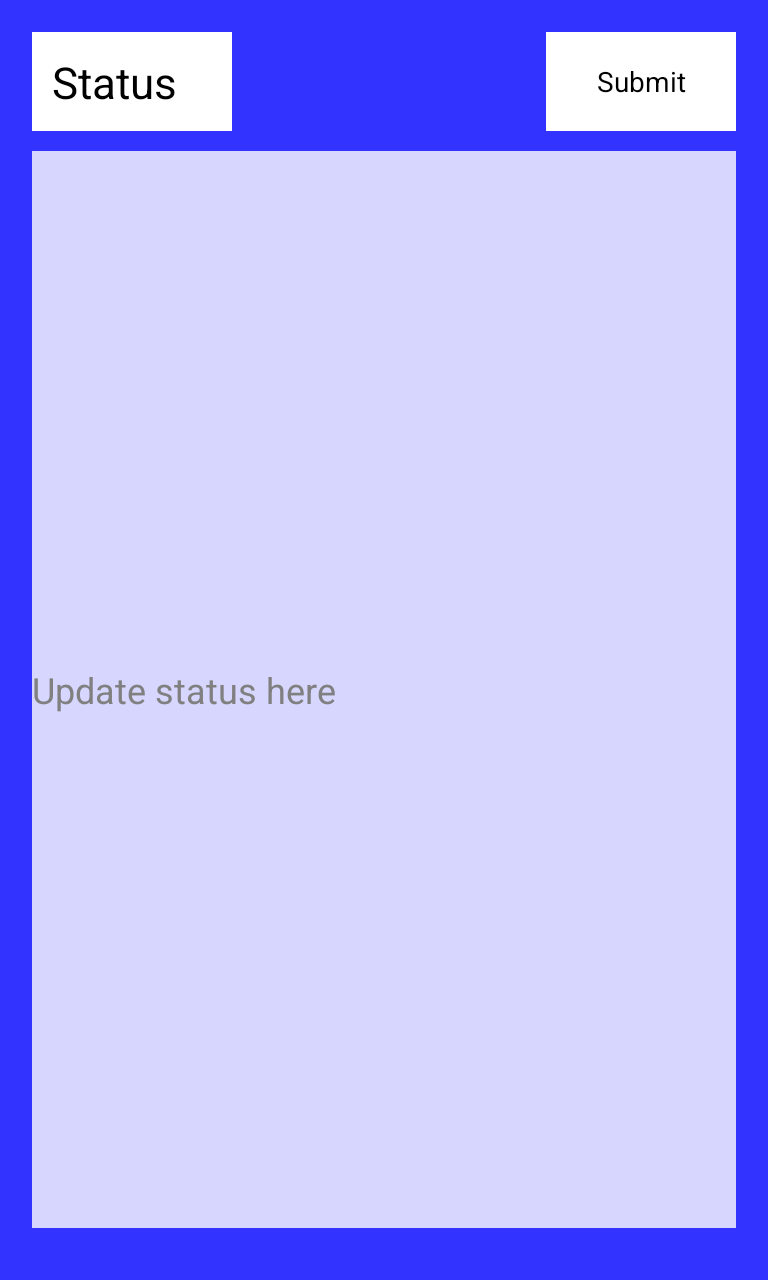
Repository: vamsiampolu/androidworkspace
Layout: YambaProject/res/layout/activity_main.xml
These files come from the project's save history. The layout is drawn as it stood at one moment and after the next save; the edit follows.
It is drawn on a 768 x 1280 px phone screen (xhdpi) without system bars, with theme android:Theme.Light; the app's code is not run.

Above is the layout before, as saved 2013-05-09 09:27:02.

### YambaProject/res/layout/activity_main.xml
<RelativeLayout xmlns:android="http://schemas.android.com/apk/res/android"
    xmlns:tools="http://schemas.android.com/tools"
    android:layout_width="match_parent"
    android:layout_height="match_parent"
    android:background="@color/myBlue"
    android:paddingBottom="@dimen/activity_vertical_margin"
    android:paddingLeft="@dimen/activity_horizontal_margin"
    android:paddingRight="@dimen/activity_horizontal_margin"
    android:paddingTop="@dimen/activity_vertical_margin"
    android:orientation="vertical"
    tools:context=".MainActivity"
     >
<!-- When something is specified in values the only important
thing is the type of resource it is,not it's path
so values->colors->color->myBlue is simply "@color/myBlue"

Colors are specified as #RGB (F represents 255)#FRGB includes alpha channel
#c00F is to specify a value of translucence ,then there is #FFFRGB(??)

If a style is applied to a widget it is called a style,if it is applied to
an Activity it is called a theme

It is recommended that you put all non unique attributes of a widget in a style,
for ease of reuse

One can use extract style in Graphical Layout and apply to something else

Eclipse has a feature to extract style from an existing element and put it in styles.xml
Styles have no namespace

if adb loses your device try adb kill server and adb launch server
-->
    <TextView
        	android:id="@+id/txt_status"
        	style="@style/txt_style"
        	android:text="Status"
        	android:layout_alignParentLeft="true"
        	android:layout_alignParentTop="true"
        />

    <Button android:id="@+id/btn_status"
            android:layout_width="95dp"
            android:layout_height="wrap_content"
            android:layout_alignParentRight="true"
            android:layout_alignParentTop="true"
            android:text="Submit"
            android:layout_alignBottom="@id/txt_status"
            android:background="#FFF"
            />
    <EditText android:layout_width="fill_parent"
        	  android:id="@+id/edit_status"
        	  android:layout_alignParentBottom="true"
   			  android:hint="Update status here"
   			  android:layout_below="@id/txt_status"
   			  android:layout_marginTop="10dp"
   			  android:layout_marginBottom="10dp"
   			  android:inputType="textMultiLine"
   			  android:background="#cFFF"
   />
</RelativeLayout>

### YambaProject/res/values/colors.xml
<?xml version="1.0" encoding="utf-8"?>
<resources>
    <color name="myBlue">#c00f</color>

</resources>

### YambaProject/res/values/my_style.xml
<?xml version="1.0" encoding="utf-8"?>
<resources xmlns:android="http://schemas.android.com/apk/res/android">

    <style name="txt_style">
        <item name="android:layout_width">100</item>
        <item name="android:layout_height">wrap_content</item>
        <item name="android:background">#FFF</item>
        <item name="android:padding">10dp</item>
        <item name="android:textAppearance">?android:attr/textAppearanceLarge</item>
    </style>

</resources>

Loaded but not shown: YambaProject/res/values/dimens.xml (common file)

After the next save:
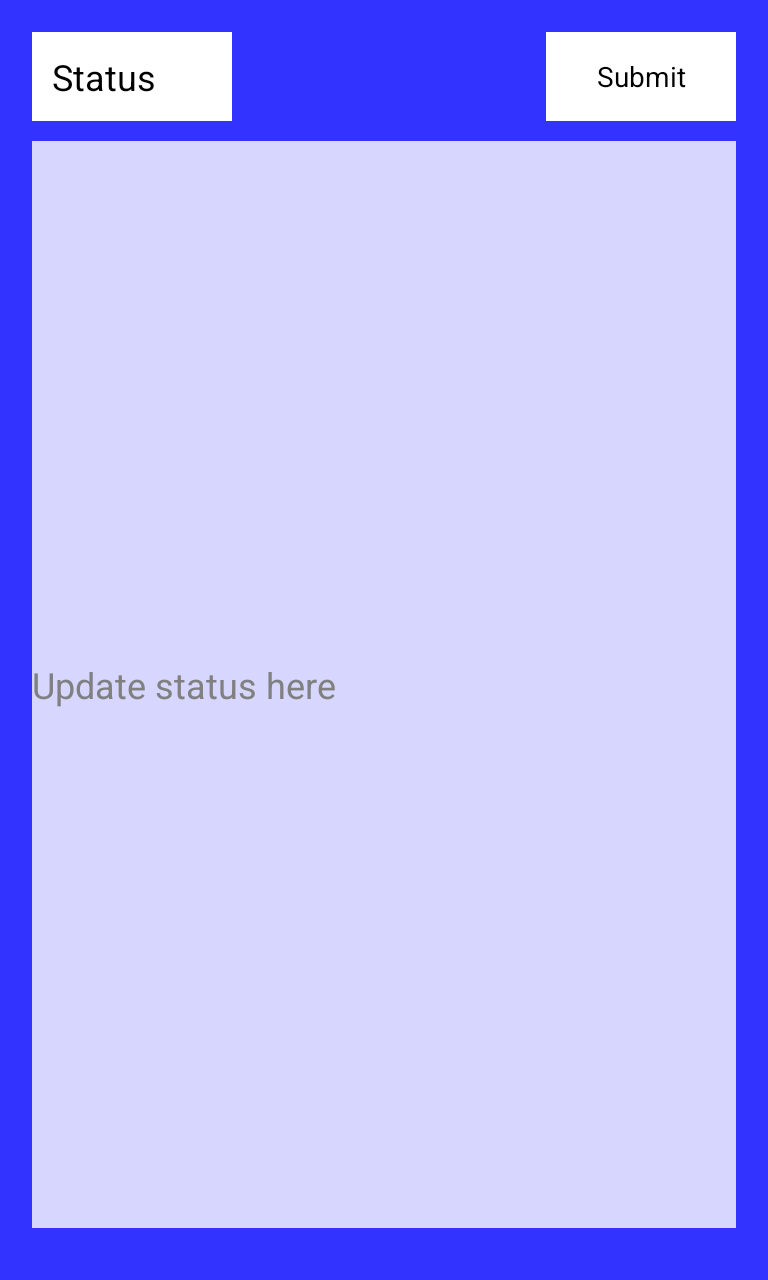
Saved 20 s later.
--- a/YambaProject/res/values/my_style.xml
+++ b/YambaProject/res/values/my_style.xml
@@ -6,7 +6,7 @@
         <item name="android:layout_height">wrap_content</item>
         <item name="android:background">#FFF</item>
         <item name="android:padding">10dp</item>
-        <item name="android:textAppearance">?android:attr/textAppearanceLarge</item>
+        <item name="android:textAppearance">?android:attr/textAppearanceMedium</item>
     </style>
 
 </resources>
